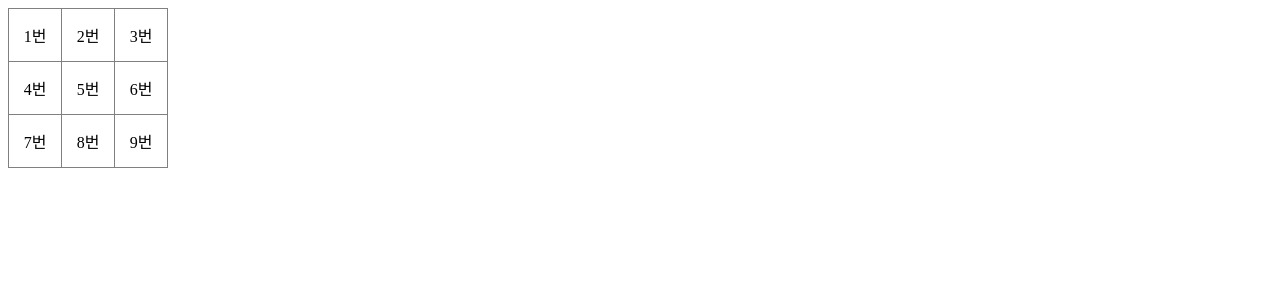
Repository: chaejunho689/bitcamp
Page: jQuery/src/main/webapp/06_jQueryDOM/exam01.html
These files come from the project's save history. The page is drawn as it stood at one moment and after the next save; the edit follows.
The browser window is 1280 px wide. The pictures show the whole page.

Above is the page before, as saved 2024-08-26 03:25:08.
Console error: SyntaxError: Unexpected token '('

After the next save:
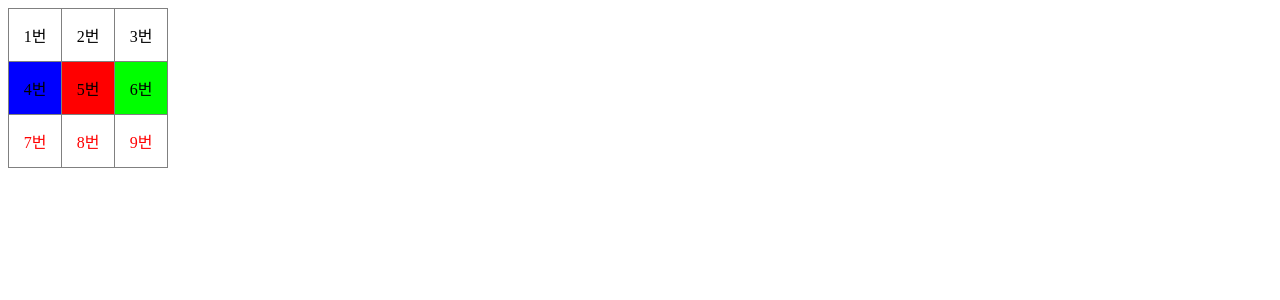
The error is gone.
Saved 23 s later.
--- a/jQuery/src/main/webapp/06_jQueryDOM/exam01.html
+++ b/jQuery/src/main/webapp/06_jQueryDOM/exam01.html
@@ -41,7 +41,7 @@ $(function() {
 	$('td').eq(4).next().css('background', '#00ff00');
 	$('td').eq(4).prev().css('background', '#0000ff');
 	$('td').eq(4).parent().css('background', '#ffffff');
-	$('td').eq(8).(2).css('color', '#ff0000');
+	$('td').eq(4).parent().next().css('color', '#ff0000');
 
 });
 </script>
